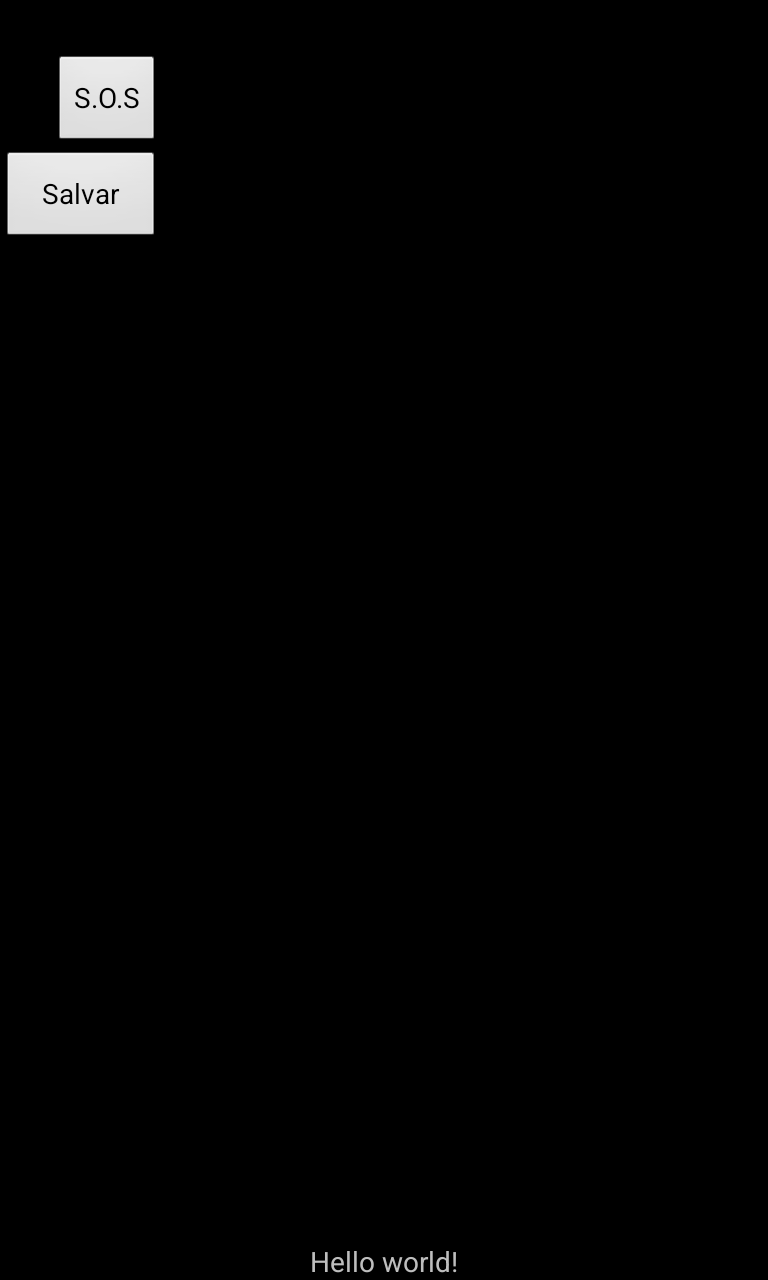
Repository: wfortini/appSOS
Layout: appMobileClient/res/layout/activity_main.xml
The author's editor kept a copy of each file at every save. The layout is drawn from the files as they stood at one save, then again after the next save.
It is drawn on a 768 x 1280 px phone screen (xhdpi) without system bars, with theme AppTheme; the app's code is not run.

Above is the layout before, as saved 2013-03-03 00:56:51.

After the next save:
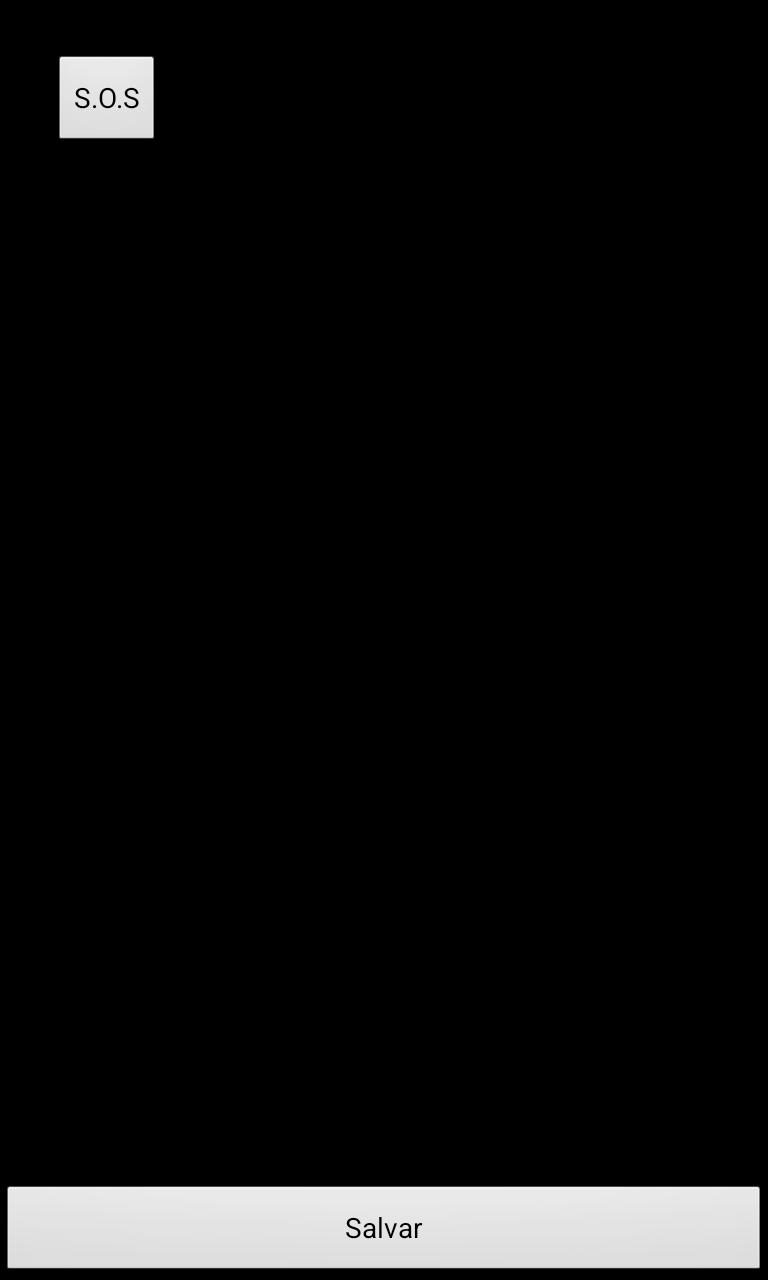
Saved 2 h 38 min later.
--- a/appMobileClient/res/layout/activity_main.xml
+++ b/appMobileClient/res/layout/activity_main.xml
@@ -19,10 +19,7 @@
 
     <TableRow >
 
-        <Button android:id="@+id/salvar"
-        			android:layout_width="fill_parent"
-        			android:layout_height="wrap_content"
-        			android:text="Salvar"/>
+
 
     </TableRow>
 		<RelativeLayout
@@ -30,12 +27,10 @@
 		    android:layout_height="fill_parent"
 		    android:gravity="bottom">
 
-		    <TextView
-		        android:layout_width="wrap_content"
-		        android:layout_height="wrap_content"
-		        android:layout_centerHorizontal="true"
-		        android:layout_centerVertical="true"
-		        android:text="@string/hello_world" />
+		    <Button android:id="@+id/salvar"
+        			android:layout_width="fill_parent"
+        			android:layout_height="wrap_content"
+        			android:text="Salvar"/>
 
 
 
